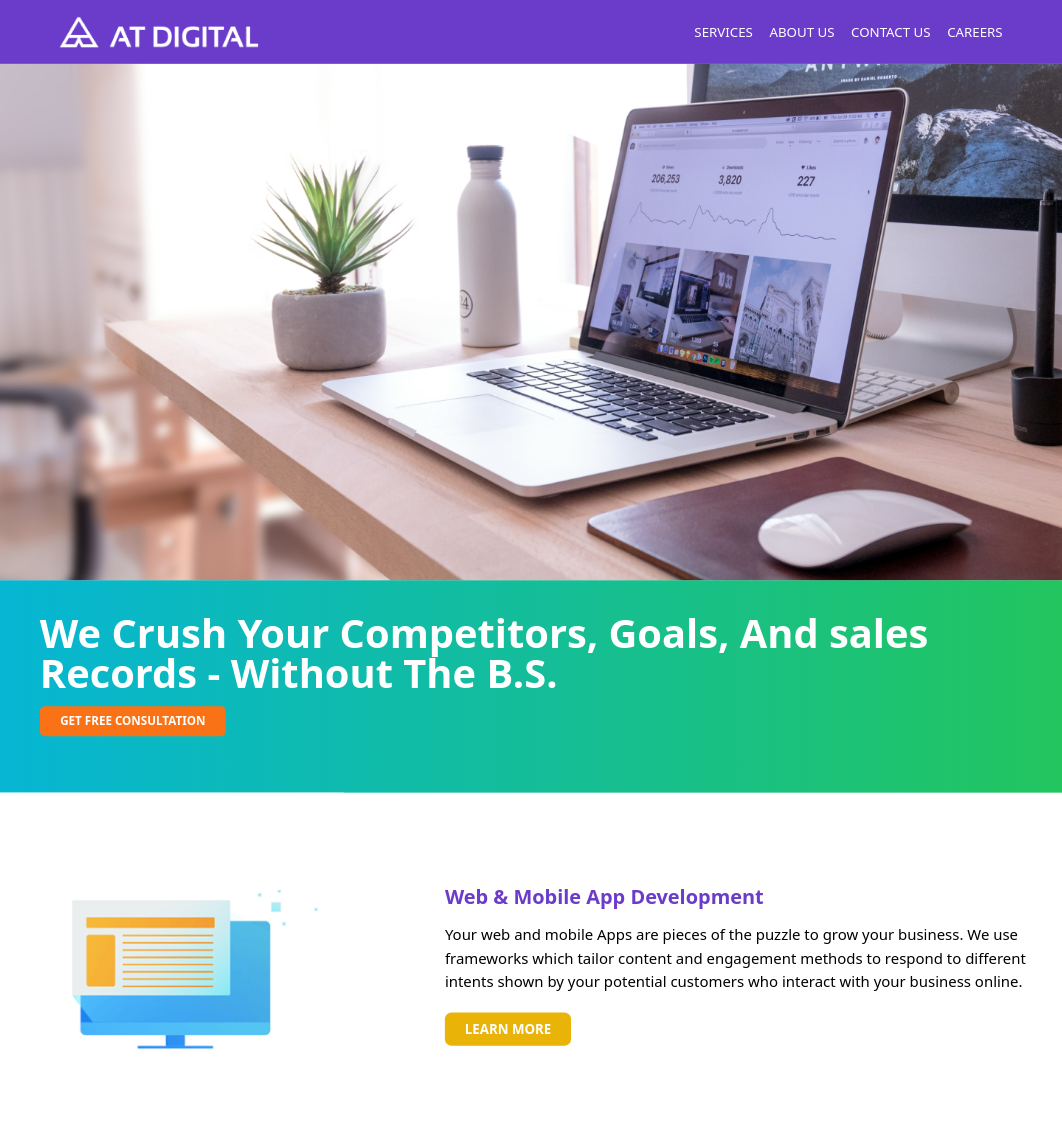
Repository: Milith97/AT-Digital-Website
Page: /
An editor plug-in stored every save of this project. The page is shown before and after the next save, followed by the edit.
The browser window is 1280 px wide. The pictures show the whole page, at 83% of full size.
The project was rebuilt for these pictures with package versions that can differ from the ones it lists, and the page was loaded fresh each time. Also part of the build but not shown: vite.config.js.

Above is the page before, as saved 2024-04-06 22:11:24.

### src/App.jsx
// App.js or your main component file
import React from 'react';
import NavBar from './Components/NavBar';
import HomePage from './Components/HomePage';
import Servicers from './Components/Servicers'

function App() {
  return (
    <div className="App">
      <NavBar />
      <HomePage />
      <Servicers/>
    </div>
  );
}

export default App;

### src/Components/NavBar.jsx
import React, { useState } from 'react';
import Logo from '../assets/Img/Logo.png';

const NavBar = () => {
    const [isOpen, setIsOpen] = useState(false);

    return (
        <nav className="bg-[#6B3CC9]">
            <div className="max-w-1440px max-h-20 xl:px-16 md:px-7 sm:px-11 max-lg:mx-6">
                <div className="flex justify-between">
                    <div>
                        <a href="#" className={`flex items-center py-5 sm:px-2 ${isOpen ? 'hidden' : 'flex'}`}>
                            <img src={Logo} alt="Logo" />
                        </a>
                    </div>
                    <div className={`hidden md:flex font-medium text-white items-center space-x-1 ${isOpen ? 'flex' : 'hidden'}`}>
                        <a href="#" className="py-5 px-2 ">SERVICES</a>
                        <a href="#" className="py-5 px-2 ">ABOUT US</a>
                        <a href="#" className="py-5 px-2 ">CONTACT US</a>
                        <a href="#" className="py-5 px-2 ">CAREERS</a>
                    </div>
                    <div className="md:hidden flex items-center ">
                        <button onClick={() => setIsOpen(!isOpen)} className="text-white focus:outline-none">
                            {!isOpen ? (
                                <svg className="h-14 w-10" stroke="white" viewBox="0 0 24 24" >
                                    <path strokeLinecap="round" strokeLinejoin="round" strokeWidth="3" d="M4 6h16M4 12h16M4 18h16" />
                                </svg>
                            ) : (
                                <svg className="h-12 w-8" stroke="black" viewBox="0 0 24 24" >
                                    <path strokeLinecap="round" strokeLinejoin="round" strokeWidth="3" d="M6 18L18 6M6 6l12 12" />
                                </svg>
                            )}
                        </button>
                    </div>
                </div>
            </div>
            <div className={`${isOpen ? 'block' : 'hidden'} md:hidden`}>
                <div className="bg-white">
                    <a href="#" className="block py-2 px-4 text-sm text-black-500 ">HOME</a>
                    <a href="#" className="block py-2 px-4 text-sm text-black-500">SERVICES</a>
                    <a href="#" className="block py-2 px-4 text-sm text-black-500">ABOUT US</a>
                    <a href="#" className="block py-2 px-4 text-sm text-black-500">CONTACT US</a>
                    <a href="#" className="block py-2 px-4 text-sm text-black-500">CAREERS</a>
                </div>
            </div>
        </nav>
    );
};

export default NavBar;

### src/Components/HomePage.jsx
import React from 'react';
import backgroundImage from '../assets/Img/Home.png';

const HomePage = () => {
    return (
        <div className=''>
            <div>
                <img src={backgroundImage} alt="Home Image" />
            </div>
            <div className='h-64 max-w-full bg-gradient-to-r from-cyan-500 to-green-500 '>
                <div className='text-lg py-6 px-12 '>
                    <p className='font-bold text-5xl text-white py-4'>We Crush Your Competitors, Goals, And sales Records - Without The B.S.</p>
                    <div className=''>
                        <button className='bg-orange-500 text-white font-bold text-sm h-9 w-56 rounded-md'>GET FREE CONSULTATION</button>
                    </div>
                </div>
            </div>
        </div>
    );
};

export default HomePage;

### src/Components/Servicers.jsx
import React from 'react';
import Service1 from '../assets/Img/Service1.png';
const Servicers = () => {
    return (
        <div className="flex flex-col md:flex-row items-center justify-center">
            <div className=" lg:w-2/5 xl:w-2/5 flex-shrink-0 mb-6 md:mb-0 mr-0 md:mr-6">
                <img src={Service1} alt="Service Image" className="w-auto h-auto " />
            </div>

            {/* Right Side (Content) */}
            <div className="lg:w-3/5">
                <h2 className="sm:text-3xl md:text-2xl lg:text-3xl xl:text-2xl 2xl:text:4xl  font-bold mb-4 text-[#6B3CC9]">Web & Mobile App Development</h2>
                <p className=" sm:text-xl md:text-lg lg:text-lg xl:text-lg 2xl:text-xl font-normal  mb-6 ">Your web and mobile Apps are pieces of the puzzle to grow your business. We use frameworks which tailor content and engagement methods to respond to different intents shown by your potential customers who interact with your business online.</p>
                <button className="bg-yellow-500 text-white font-bold py-2 px-6 rounded-lg hover:bg-yellow-600 transition-colors">LEARN MORE</button>
            </div>
        </div>
    );
};

export default Servicers;

Loaded but not shown: index.html (common file); src/main.jsx (common file); src/index.css (common file); tailwind.config.js (common file)

After the next save:
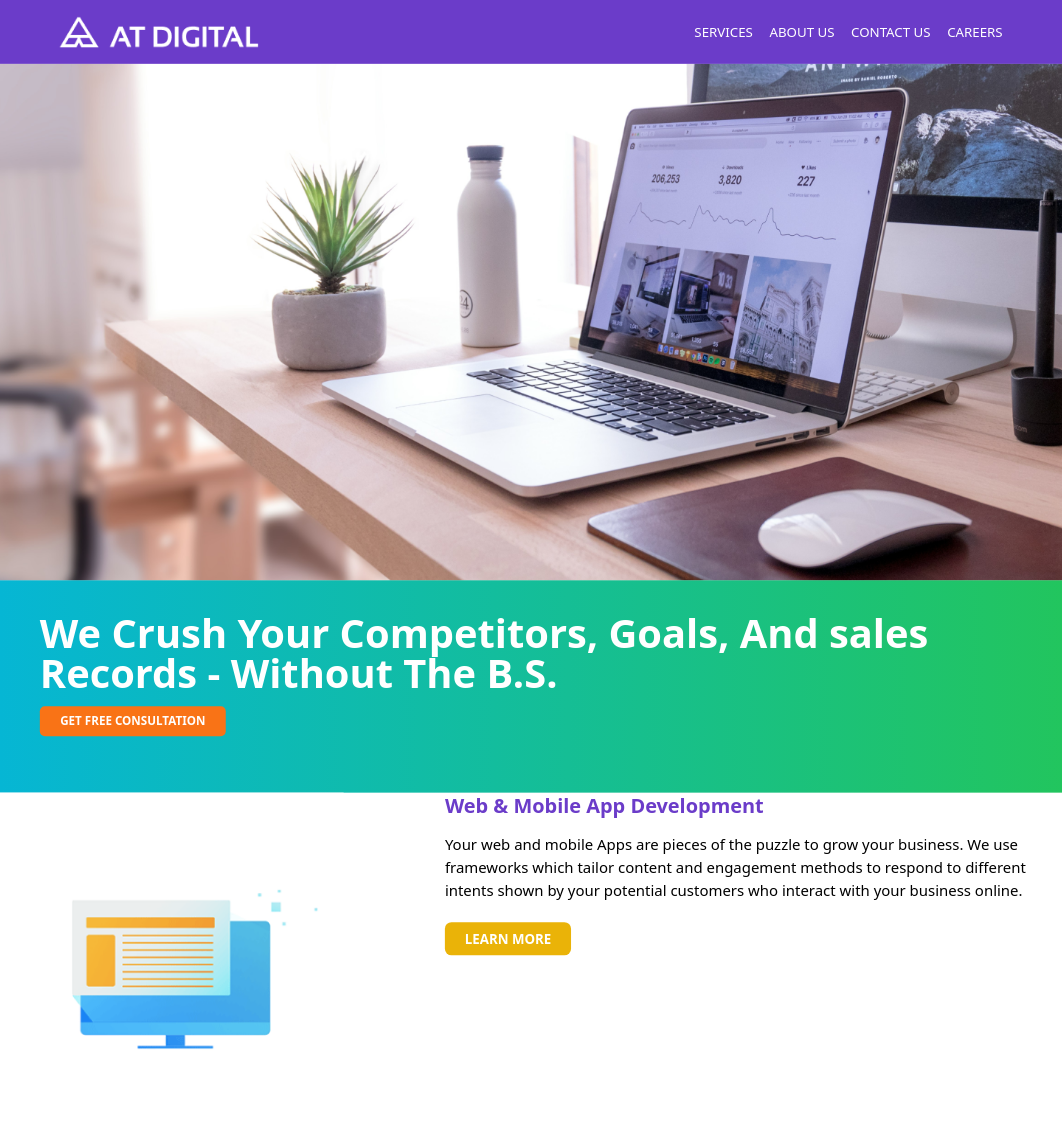
Saved 32 s later.
--- a/src/Components/Servicers.jsx
+++ b/src/Components/Servicers.jsx
@@ -2,13 +2,13 @@
 import Service1 from '../assets/Img/Service1.png';
 const Servicers = () => {
     return (
-        <div className="flex flex-col md:flex-row items-center justify-center">
-            <div className=" lg:w-2/5 xl:w-2/5 flex-shrink-0 mb-6 md:mb-0 mr-0 md:mr-6">
-                <img src={Service1} alt="Service Image" className="w-auto h-auto " />
+        <div className="flex flex-col md:flex-row ">
+            <div className=" lg:w-2/5 xl:w-2/5 flex-shrink-0 mb-6 md:mb-0 mr-0 md:mr-6 items-center justify-center">
+                <img src={Service1} alt="Service Image" className="w-auto h-auto object-cover" />
             </div>
 
             {/* Right Side (Content) */}
-            <div className="lg:w-3/5">
+            <div className="lg:w-3/5 items-center justify-center">
                 <h2 className="sm:text-3xl md:text-2xl lg:text-3xl xl:text-2xl 2xl:text:4xl  font-bold mb-4 text-[#6B3CC9]">Web & Mobile App Development</h2>
                 <p className=" sm:text-xl md:text-lg lg:text-lg xl:text-lg 2xl:text-xl font-normal  mb-6 ">Your web and mobile Apps are pieces of the puzzle to grow your business. We use frameworks which tailor content and engagement methods to respond to different intents shown by your potential customers who interact with your business online.</p>
                 <button className="bg-yellow-500 text-white font-bold py-2 px-6 rounded-lg hover:bg-yellow-600 transition-colors">LEARN MORE</button>

After the save that followed:
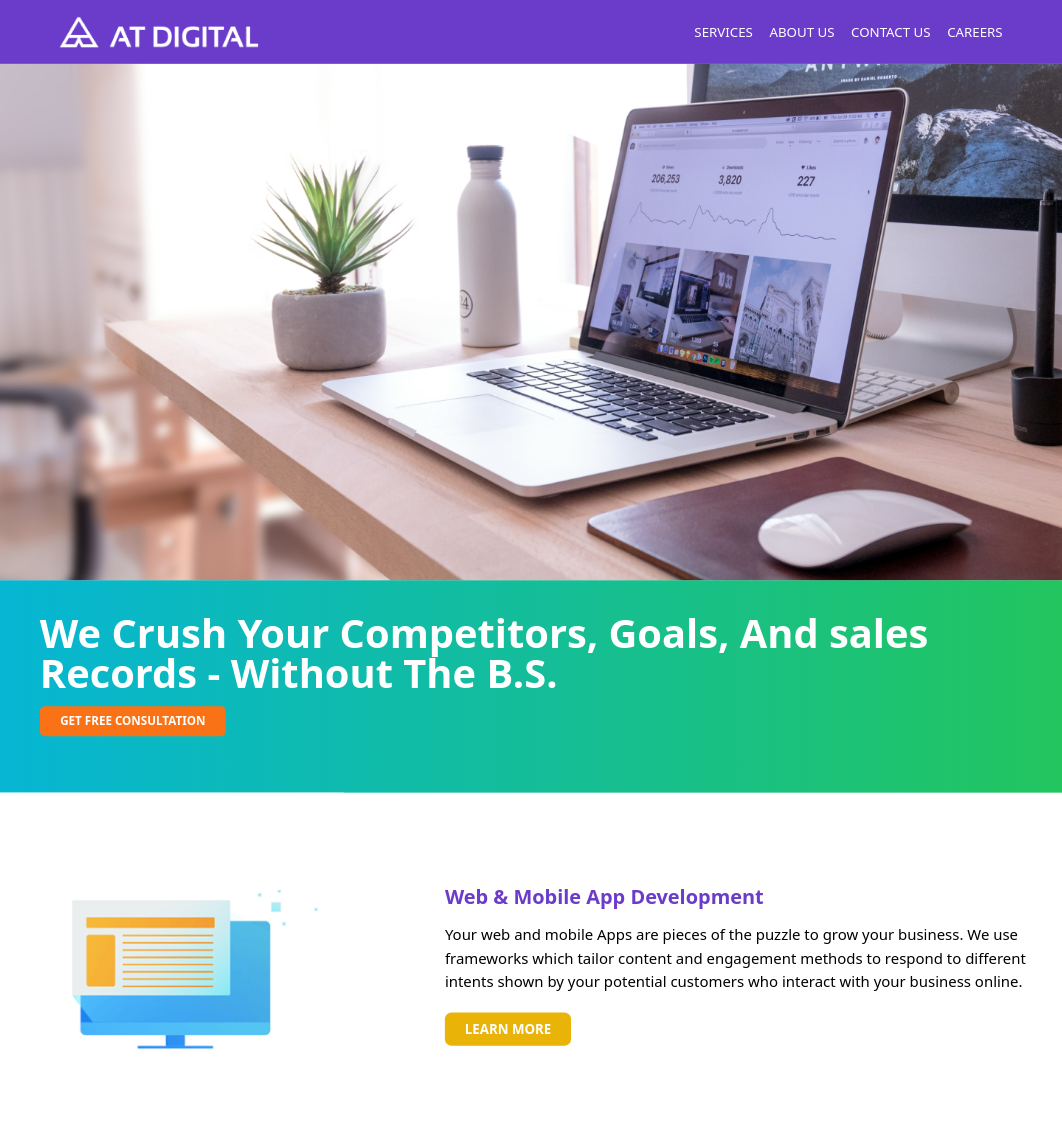
Saved 14 s later.
--- a/src/Components/Servicers.jsx
+++ b/src/Components/Servicers.jsx
@@ -2,13 +2,13 @@
 import Service1 from '../assets/Img/Service1.png';
 const Servicers = () => {
     return (
-        <div className="flex flex-col md:flex-row ">
-            <div className=" lg:w-2/5 xl:w-2/5 flex-shrink-0 mb-6 md:mb-0 mr-0 md:mr-6 items-center justify-center">
+        <div className="flex flex-col md:flex-row items-center justify-center">
+            <div className=" lg:w-2/5 xl:w-2/5 flex-shrink-0 mb-6 md:mb-0 mr-0 md:mr-6">
                 <img src={Service1} alt="Service Image" className="w-auto h-auto object-cover" />
             </div>
 
             {/* Right Side (Content) */}
-            <div className="lg:w-3/5 items-center justify-center">
+            <div className="lg:w-3/5">
                 <h2 className="sm:text-3xl md:text-2xl lg:text-3xl xl:text-2xl 2xl:text:4xl  font-bold mb-4 text-[#6B3CC9]">Web & Mobile App Development</h2>
                 <p className=" sm:text-xl md:text-lg lg:text-lg xl:text-lg 2xl:text-xl font-normal  mb-6 ">Your web and mobile Apps are pieces of the puzzle to grow your business. We use frameworks which tailor content and engagement methods to respond to different intents shown by your potential customers who interact with your business online.</p>
                 <button className="bg-yellow-500 text-white font-bold py-2 px-6 rounded-lg hover:bg-yellow-600 transition-colors">LEARN MORE</button>
